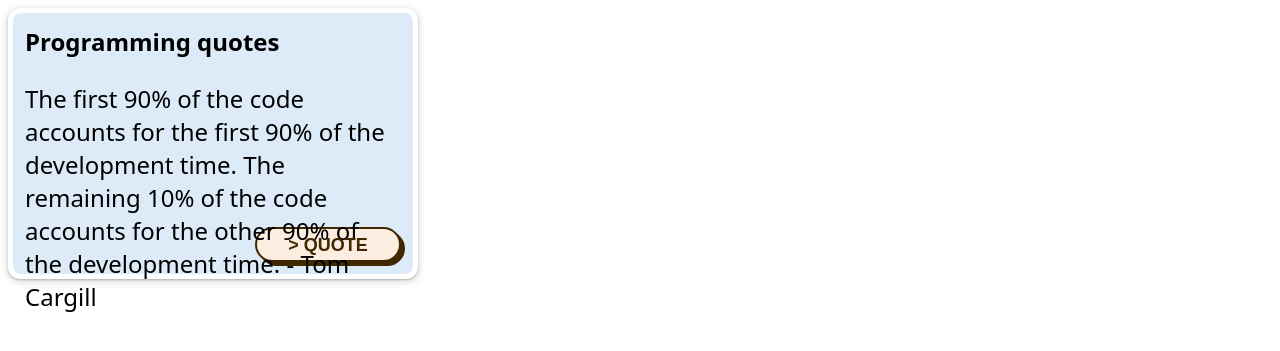
Repository: JasonMorta/programingQuotes-chromeExtension
Page: popup.html
These files come from the project's save history. The page is drawn as it stood at one moment and after the next save; the edit follows.
The browser window is 1280 px wide. The pictures show the whole page.

Above is the page before, as saved 2023-05-07 14:08:49.

After the next save:
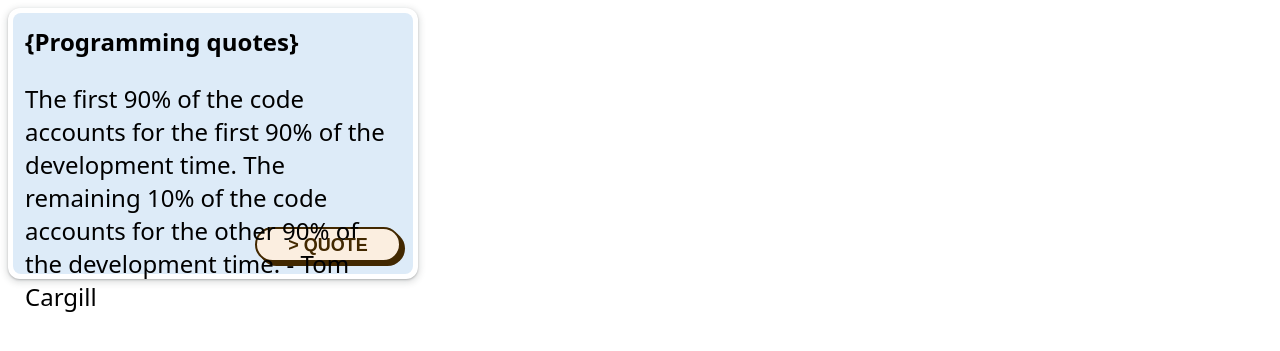
Saved 15 s later.
--- a/popup.html
+++ b/popup.html
@@ -19,7 +19,7 @@
 
  <section class="gee_chat_container">
     <div class="box-container-inner">
-      <h1>Programming quotes</h1>
+      <h1>{Programming quotes}</h1>
       <p  class="para"></p>
       <button class="button-74 getQuote" role="button">> QUOTE</button>
     </div>
